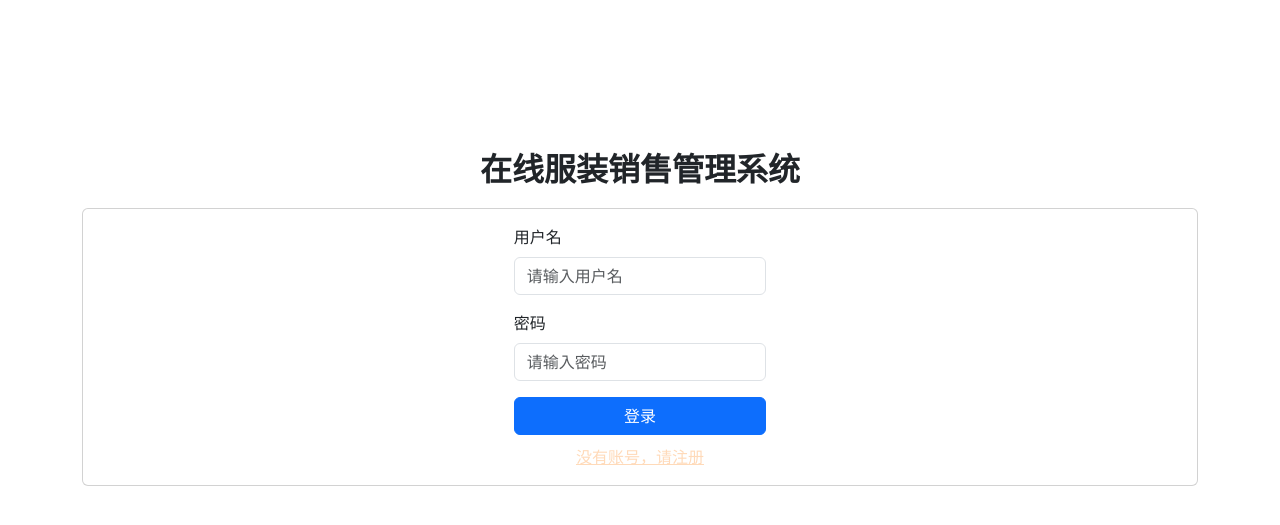
Repository: squawktop/CFS
Page: / (app in web/)
These files come from the project's save history. The page is drawn as it stood at one moment and after the next save; the edit follows.
The browser window is 1280 px wide. The pictures show the whole page.
The pointer rests on the first visible `.tip`.
The project was rebuilt for these pictures with package versions that can differ from the ones it lists, and the page was loaded fresh each time. Also part of the build but not shown: web/vue.config.js, web/src/views/RegisterView.vue, web/src/components/NavBar.vue, web/src/views/HomeView.vue, web/src/views/UsersManageView.vue, web/src/views/PersonalCenterView.vue, web/src/views/GoodsManageView.vue, web/src/views/OrdersManageView.vue and 1 more.

Above is the page before, as saved 2024-03-23 18:14:19.

After the next save:
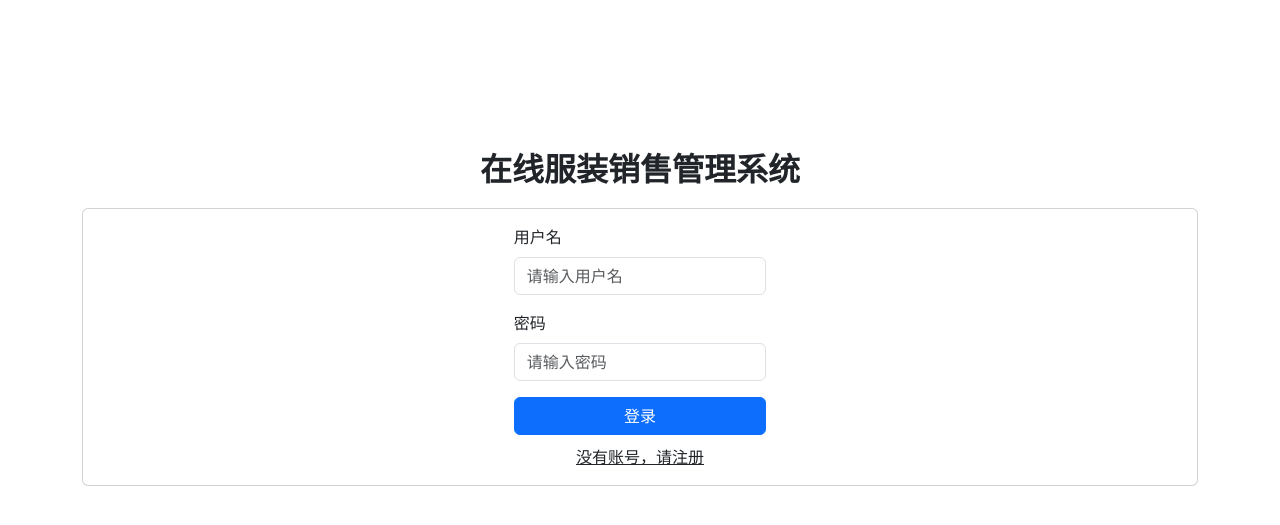
Saved 18 s later.
--- a/web/src/views/LoginView.vue
+++ b/web/src/views/LoginView.vue
@@ -123,6 +123,5 @@ div.error-message {
 }
 .tip:hover{
     cursor: pointer;
-    color:#FFDAB9;
 }
 </style>
